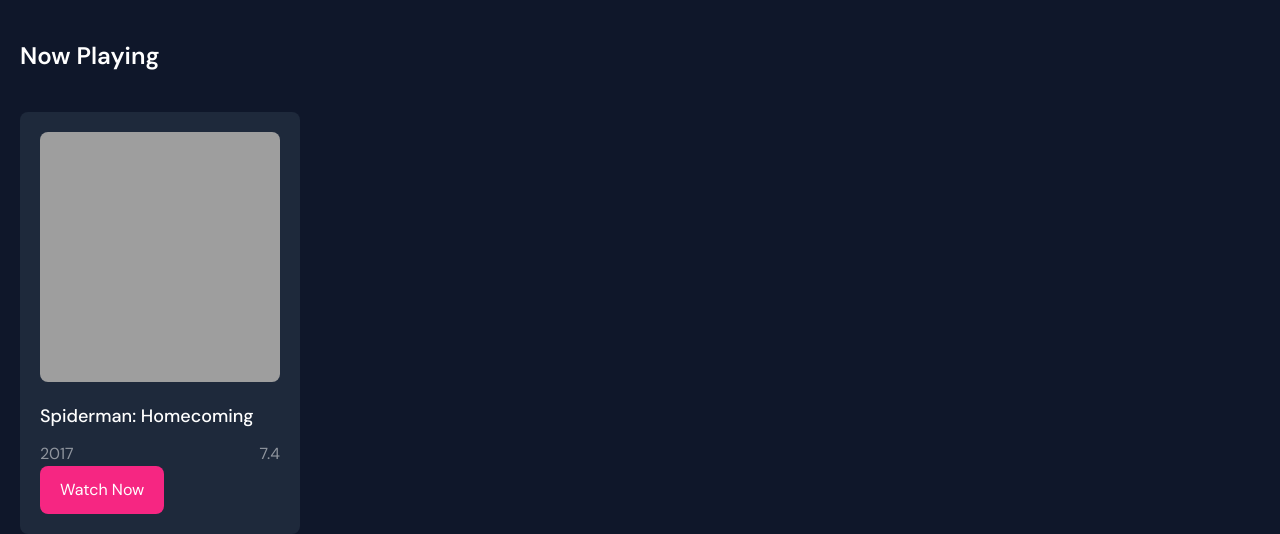
Repository: Duchieu7802/React-Simple-Movie
Page: /movies
An editor plug-in stored every save of this project. The page is shown before and after the next save, followed by the edit.
The browser window is 1280 px wide. The pictures show the part of the page from y = 504 to 1038 px (the page is 1038 px tall).
Pictures or frames that could not be fetched are drawn as grey boxes. The project was rebuilt for these pictures with package versions that can differ from the ones it lists, and the page was loaded fresh each time. Also part of the build but not shown: vite.config.js.

Above is the page before, as saved 2024-05-27 16:37:11.

After the next save:
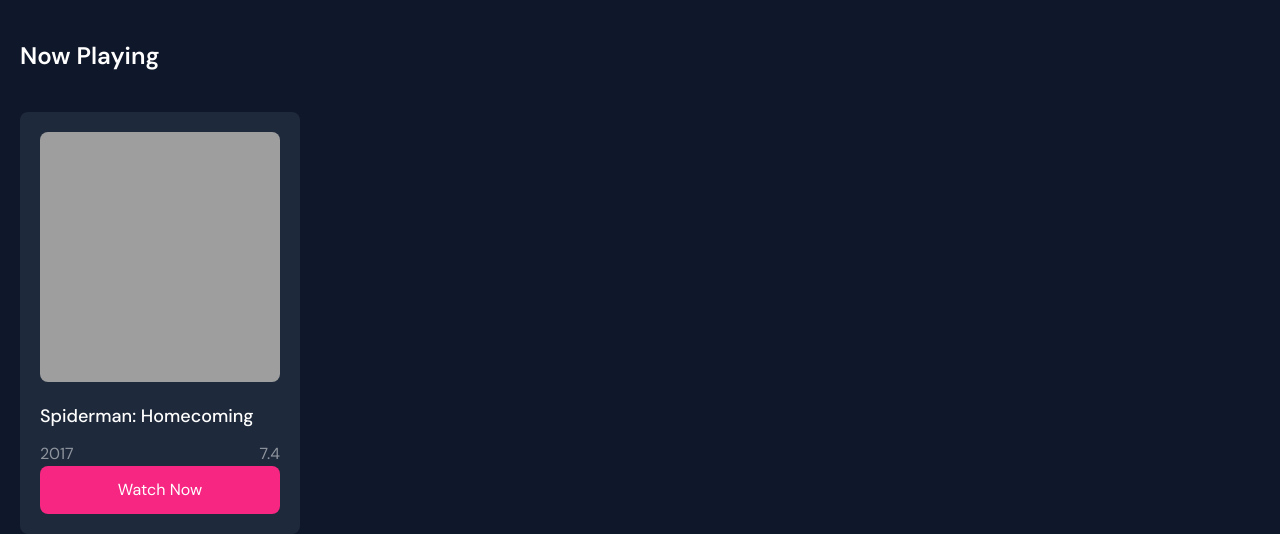
Saved 5 s later.
--- a/src/App.jsx
+++ b/src/App.jsx
@@ -50,7 +50,7 @@
 							<span>2017</span>
 							<span>7.4</span>
 						</div>
-						<button className="capitalize px-5 py-3 bg-primary rounded-lg">
+						<button className="capitalize px-5 py-3 bg-primary rounded-lg w-full">
 							watch now
 						</button>
 					</div>
